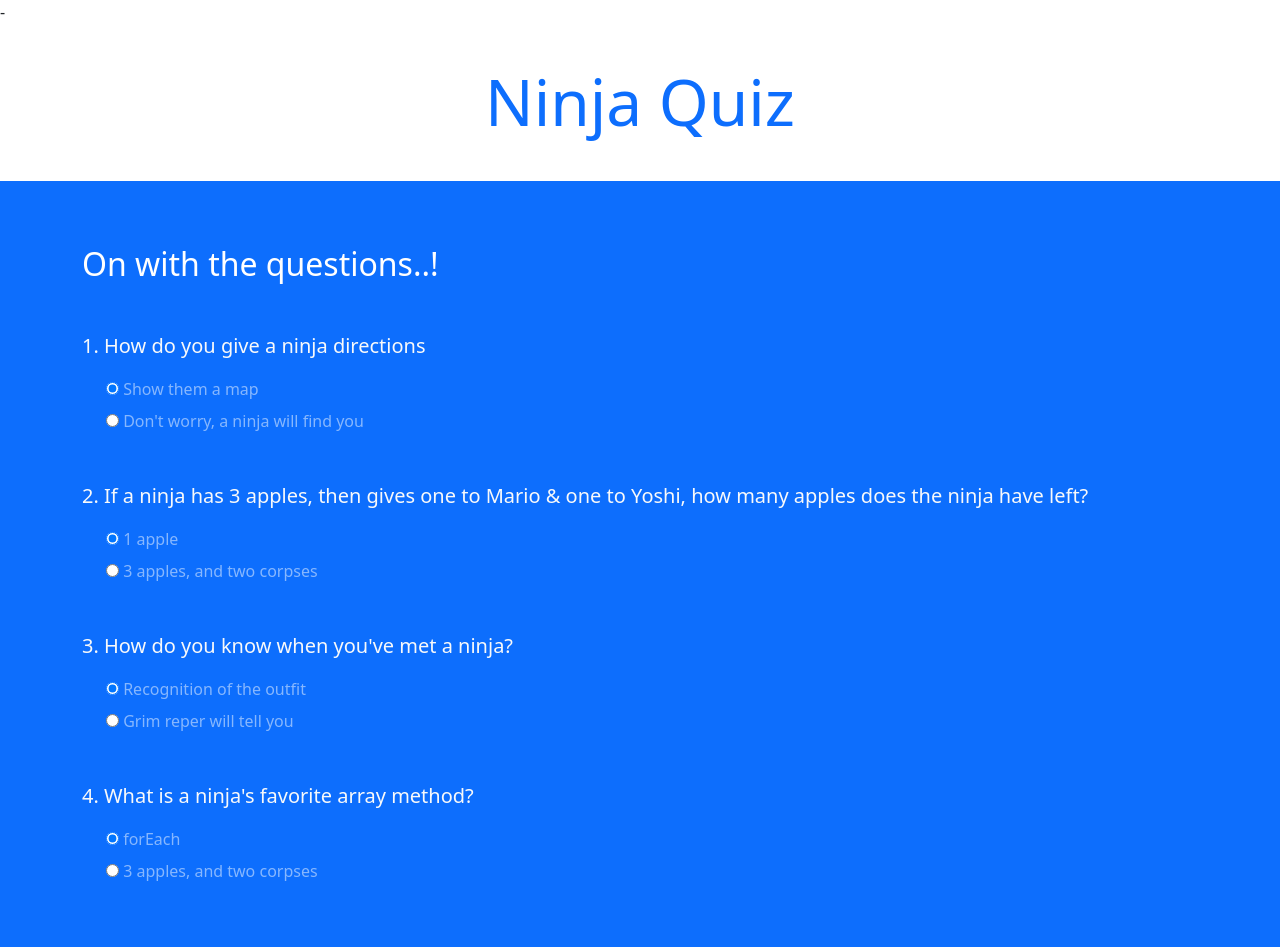
Repository: Programmer-RD-AI/Modern-JavaScript-Complete-guide-from-Novice-to-Ninja
Page: ninja_quiz/index.html
These files come from the project's save history. The page is drawn as it stood at one moment and after a run of saves; the edit follows.
The browser window is 1280 px wide. The pictures show the whole page.

Above is the page before, as saved 2023-12-26 15:31:18.

After the next 3 saves:
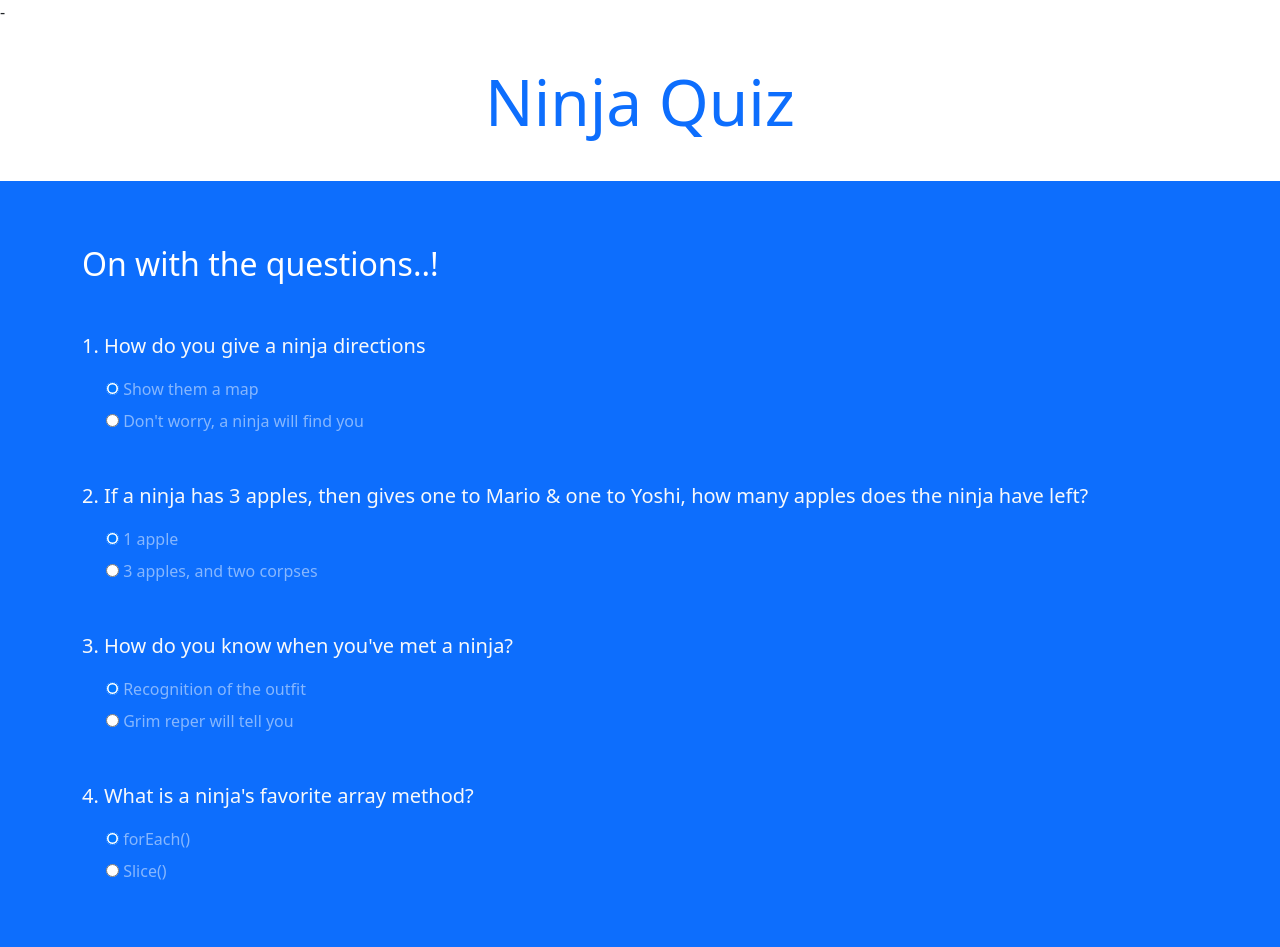
The 3 saves are shown as one change because they came seconds apart.
The last was saved 12 s later.
--- a/ninja_quiz/index.html
+++ b/ninja_quiz/index.html
@@ -72,11 +72,11 @@
             </p>
             <div class="form-check my-2 text-white-50">
               <input type="radio" name="q4" value="A" checked />
-              <label class="form-check-label">forEach</label>
+              <label class="form-check-label">forEach()</label>
             </div>
             <div class="form-check my-2 text-white-50">
               <input type="radio" name="q4" value="B" />
-              <label class="form-check-label">3 apples, and two corpses</label>
+              <label class="form-check-label">Slice()</label>
             </div>
           </div>
         </form>
